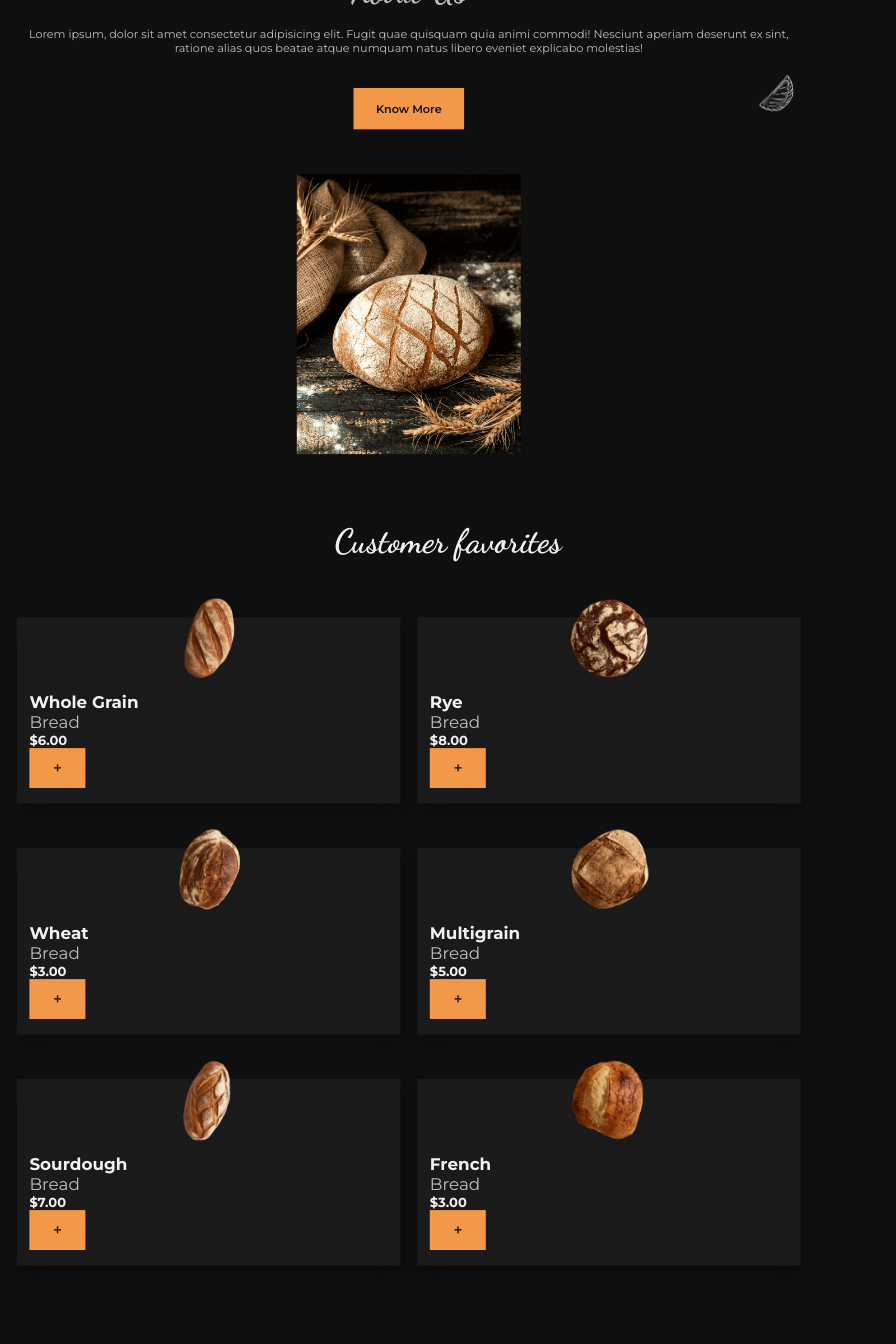
Repository: dinhhaidh/Bakery-web
Page: index.html
The author's editor kept a copy of each file at every save. The page is drawn from the files as they stood at one save, then again after the next save.
The browser window is 1280 px wide. The pictures show the part of the page from y = 1954 to 3874 px (the page is 3874 px tall), at 70% of full size.
Some web libraries are served in a nearby version.

Above is the page before, as saved 2024-01-16 15:17:59.

### index.html
<!DOCTYPE html>
<html lang="en">
  <head>
    <meta charset="UTF-8" />
    <meta name="viewport" content="width=device-width, initial-scale=1.0" />

    <!--=============== FAVICON ===============-->
    <link rel="shortcut icon" href="assets/img/favicon.png" type="image/x-icon"/>
    <!--=============== REMIXICONS ===============-->
    <link rel="stylesheet"  href="https://cdnjs.cloudflare.com/ajax/libs/remixicon/3.7.0/remixicon.css"/>
    <!--=============== CSS ===============-->
    <link rel="stylesheet" href="./css/style.css"/>

    <title>Responsive bakery website - Bedimcode</title>
  </head>
  <body>
    <!--==================== HEADER ====================-->
    <header class="header" id="header">
        <nav class="nav container">
            <a href="#" class="nav__logo">Bakery</a>
            <div class="nav__menu" id="nav-menu">
                <ul class="nav__list">
                    <li class="nav__item">
                        <a href="#home" class="nav__link">Home</a>
                    </li>
                    <li class="nav__item">
                        <a href="#new" class="nav__link">News</a>
                    </li>
                    <li class="nav__item">
                        <a href="#about" class="nav__link">About Us</a>
                    </li>
                    <li class="nav__item">
                        <a href="#favorite" class="nav__link">Favorites</a>
                    </li>
                    <li class="nav__item">
                        <a href="#visit" class="nav__link">Location</a>
                    </li>
                </ul>
                <div class="nav__close" id="nav-close">
                    <i class="ri-close-line"></i>
                </div>

                <img src="./img/bread-4.png" alt="image" class="nav__img-1">
                <img src="./img/bread-1.png" alt="image" class="nav__img-2">
            </div>

            <!-- toggle button -->
            <div class="nav__toggle" id="nav-toggle">
                <i class="ri-menu-line"></i>
            </div>
        </nav>
    </header>

    <!--==================== MAIN ====================-->
    <main class="main">
      <!--==================== HOME ====================-->
      <section class="home section" id="home">
        <img src="./img/home-bg.jpg" alt="image" class="home__bg">
        <div class="home__shadow"></div>
        <div class="home__container container grid">
            <div class="home__data">
                <h1 class="home__title">
                    Select The Best.<br> Quality Breads
                </h1>
                <a href="#" class="button">Select breads</a>

                <img src="./img/bread-1.png" alt="image" class="home__bread">
            </div>
            <div class="home__image">
                <img src="./img/home-bread.png" alt="image" class="home__img">
            </div>
            <footer class="home__footer">
                <div class="home__location">
                    <i class="ri-map-pin-line"></i>
                    <span>Av. The Sun #321 <br> Lima Peru</span>
                </div>
                <div class="home__social">
                    <a href="https://www.facebook.com/" target="_blank">

                        <i class="ri-facebook-circle-line"></i>
                    </a>
                    <a href="https://www.instagram.com/
                    " target="_blank">
                        <i class="ri-instagram-line"></i>
                    </a>
                    <a href="https://www.youtube.com/" target="_blank">
                        <i class="ri-youtube-line"></i>
                    </a>
                </div>
            </footer>
        </div>
      </section>

      <!--==================== NEWS ====================-->
      <section class="new section" id="new">
        <h2 class="section__title">New breads</h2>

        <div class="new__container container grid">
            <div class="new__content grid">
                <article class="new__card">
                    <div class="new__data">
                        <h2 class="new__title">Rye Bread</h2>
                        <p class="new__description">
                            Baked width healthy, gluten-free
                            sourdough for good nutrition.
                        </p>
                    </div>
                    <img src="./img/new-bread-1.png" alt="image" class="new__img">
                </article>
                <article class="new__card">
                    <div class="new__data">
                        <h2 class="new__title">Whole grain bread</h2>
                        <p class="new__description">
                            Crispy and homemade prepared
                            form organic yeast-free flour
                        </p>
                    </div>
                    <img src="./img/new-bread-2.png"  alt="image" class="new__img">
                </article>
                <article class="new__card">
                    <div class="new__data">
                        <h2 class="new__title">Multigrain Bread</h2>
                        <p class="new__description">
                            Tasty and made with different
                            natural grains form the countryside
                        </p>
                    </div>
                    <img src="./img/new-bread-3.png"  alt="image" class="new__img">
                </article>
            </div>
            <a href="#" class="new__button button">See More Breads</a>
        </div>
      </section>

      <!--==================== ABOUT ====================-->
      <section class="about section" id="about">
        <div class="about__container container grid">
            <div class="about__data">
                <div class="section__title">About Us</div>

                <p class="about__description">
                    Lorem ipsum, dolor sit amet consectetur adipisicing elit. Fugit quae quisquam quia animi commodi! Nesciunt aperiam deserunt ex sint, ratione alias quos beatae atque numquam natus libero eveniet explicabo molestias!
                </p>
                <a href="#" class="button">Know More</a>
                <img src="./img/bread-2.png" alt="image" class="about__bread">
            </div>
            <img src="./img/about-bread.png" alt="" class="about__img">
        </div>
      </section>

      <!--==================== FAVORITES ====================-->
      <section class="favorite section" id="favorite">
        <h2 class="section__title">Customer favorites</h2>
        <div class="favorite__container container grid">
            <article class="article__card">
                <img src="./img/favorite-bread-1.png" alt="image" class="favorite__img">
                <div class="favorite__data">
                    <h2 class="favorite__title">Whole Grain</h2>
                    <span class="favorite__subtitle">Bread</span>
                    <h3 class="favorite__price">$6.00</h3>
                </div>
                <button class="favorite__button button">
                    <i class="ri-add-line"></i>
                </button>
            </article>
            <article class="article__card">
                <img src="./img/favorite-bread-2.png" alt="image" class="favorite__img">
                <div class="favorite__data">
                    <h2 class="favorite__title">Rye</h2>
                    <span class="favorite__subtitle">Bread</span>
                    <h3 class="favorite__price">$8.00</h3>
                </div>
                <button class="favorite__button button">
                    <i class="ri-add-line"></i>
                </button>
            </article>
            <article class="article__card">
                <img src="./img/favorite-bread-3.png" alt="image" class="favorite__img">
                <div class="favorite__data">
                    <h2 class="favorite__title">Wheat</h2>
                    <span class="favorite__subtitle">Bread</span>
                    <h3 class="favorite__price">$3.00</h3>
                </div>
                <button class="favorite__button button">
                    <i class="ri-add-line"></i>
                </button>
            </article>
            <article class="article__card">
                <img src="./img/favorite-bread-4.png" alt="image" class="favorite__img">
                <div class="favorite__data">
                    <h2 class="favorite__title">Multigrain</h2>
                    <span class="favorite__subtitle">Bread</span>
                    <h3 class="favorite__price">$5.00</h3>
                </div>
                <button class="favorite__button button">
                    <i class="ri-add-line"></i>
                </button>
            </article>
            <article class="article__card">
                <img src="./img/favorite-bread-5.png" alt="image" class="favorite__img">
                <div class="favorite__data">
                    <h2 class="favorite__title">Sourdough</h2>
                    <span class="favorite__subtitle">Bread</span>
                    <h3 class="favorite__price">$7.00</h3>
                </div>
                <button class="favorite__button button">
                    <i class="ri-add-line"></i>
                </button>
            </article>
            <article class="article__card">
                <img src="./img/favorite-bread-6.png" alt="image" class="favorite__img">
                <div class="favorite__data">
                    <h2 class="favorite__title">French</h2>
                    <span class="favorite__subtitle">Bread</span>
                    <h3 class="favorite__price">$3.00</h3>
                </div>
                <button class="favorite__button button">
                    <i class="ri-add-line"></i>
                </button>
            </article>
        </div>
      </section>

      <!--==================== VISIT ====================-->
      <section class="visit section" id="visit"></section>
    </main>

    <!--==================== FOOTER ====================-->
    <footer class="footer"></footer>

    <!--========== SCROLL UP ==========-->

    <!--=============== SCROLLREVEAL ===============-->
    <script src="./js/scrollreveal.min.js"></script>
    <script src="https://code.jquery.com/jquery-3.7.1.min.js"></script>

    <!--=============== MAIN JS ===============-->
    <script src="./js/main.js"></script>
  </body>
</html>

### css/style.css
/*=============== GOOGLE FONTS ===============*/
@import url("https://fonts.googleapis.com/css2?family=Dancing+Script:wght@700&family=Montserrat:wght@400;600;700&display=swap");

/*=============== VARIABLES CSS ===============*/
:root {
    --header-height: 3.5rem;

    /*========== Colors ==========*/
    /*Color mode HSL(hue, saturation, lightness)*/
    --first-color: hsl(28, 88%, 62%);
    --first-color-alt: hsl(28, 84%, 58%);
    --title-color: hsl(0, 0%, 95%);
    --text-color: hsl(0, 0%, 75%);
    --text-color-light: hsl(0, 0%, 65%);
    --black-color: hsl(0, 0%, 6%);
    --body-color: hsl(0, 0%, 6%);
    --container-color: hsl(0, 0%, 10%);

    /*========== Font and typography ==========*/
    /*.5rem = 8px | 1rem = 16px ...*/
    --body-font: "Montserrat", sans-serif;
    --second-font: "Dancing Script", cursive;
    --biggest-font-size: 3rem;
    --bigger-font-size: 2rem;
    --h1-font-size: 1.5rem;
    --h2-font-size: 1.25rem;
    --h3-font-size: 1rem;
    --normal-font-size: .938rem;
    --small-font-size: .813rem;

    /*========== Font weight ==========*/
    --font-regular: 400;
    --font-semi-bold: 600;
    --font-bold: 700;

    /*========== z index ==========*/
    --z-tooltip: 10;
    --z-fixed: 100;
}

/*========== Responsive typography ==========*/
@media screen and (min-width: 1150px) {
    :root {
        --biggest-font-size: 5rem;
        --bigger-font-size: 3rem;
        --h1-font-size: 2.25rem;
        --h2-font-size: 1.5rem;
        --h3-font-size: 1.25rem;
        --normal-font-size: 1rem;
        --small-font-size: .875rem;
    }
}

/*=============== BASE ===============*/
* {
    box-sizing: border-box;
    padding: 0;
    margin: 0;
}

html {
    scroll-behavior: smooth;
}

body,
button {
    font-family: var(--body-font);
    font-size: var(--normal-font-size);
}

body {
    background-color: var(--body-color);
    color: var(--text-color);
}

button {
    border: none;
    outline: none;
}

h1,
h2,
h3,
h4 {
    color: var(--title-color);
    font-weight: var(--font-bold);
}

ul {
    list-style: none;
}

a {
    text-decoration: none;
}

img {
    display: block;
    max-width: 100%;
    height: auto;
}

/*=============== REUSABLE CSS CLASSES ===============*/
.container {
    max-width: 1120px;
    margin-inline: 1.5rem;
}

.grid {
    display: grid;
    gap: 1.5rem;
}

.section {
    padding-block: 5rem 1rem;
}

.section__title {
    font-size: var(--bigger-font-size);
    font-family: var(--second-font);
    margin-bottom: 1.5rem;
    text-align: center;
}

.main {
    overflow: hidden;
    /* For animation ScrollReveal */
}

/*=============== HEADER & NAV ===============*/
.header{
    position: fixed;
    width: 100%;
    top: 0;
    left: 0;
    background-color: transparent;
    z-index: var(--z-fixed);
}
.nav{
    position: relative;
    height: var(--header-height);
    display: flex;
    justify-content: space-between;
    align-items: center;
}
.nav__logo{
    color: var(--first-color);
    font-size: var(--h2-font-size);
    font-family: var(--second-font);
    transition: color .4s;
}
.nav__logo:hover{
    color: var(--first-color-alt);
}
.nav__close,
.nav__toggle{
    font-size: 1.5rem;
    color: var(--title-color);
    cursor: pointer;
}

/* Navigation for mobile devices */
/* responsive */
@media screen and (max-width: 1150px) {
    .nav__menu{
        position: fixed;
        top: 0;
        right: -100%;
        background-color: hsla(0,0%,6%, .2);
        backdrop-filter: blur(16px);
        -webkit-backdrop-filter: blur(16px);
        width: 80%;
        height: 100%;
        padding: 6rem 3rem 0;
        transition: right .4s;
    }
    .nav__list{
        display: flex;
        flex-direction: column;
        row-gap: 2.5rem;
    }
    .nav__link{
        color: var(--title-color);
        font-weight: var(--font-semi-bold);
        transition: color .4s;
    }
    .nav__link:hover{
        color: var(--first-color);
    }
    .nav__close,
    .nav__img-1,
    .nav__img-2{
        position: absolute;
    }
    .nav__close{
        top: 1rem;
        right: 1.5rem;
    }
    .nav__img-1{
        width: 80px;
        top: 11rem;
        right: 0.75rem;
    }
    .nav__img-2{
        width: 60px;
        top: 28rem;
        left: 6rem;
    }
}

/* Show menu */
.show-menu{
    right: 0;
}

/* Add blur header */
/* Thêm tiêu đề mờ, khi kéo xuống hiển thị thanh nngang fixed */
.blur-header::after{
    content: '';
    position: absolute;
    width: 100%;
    height: 100%;
    background-color: hsla(0, 0%, 6%, .2);
    backdrop-filter: blur(16px);
    -webkit-backdrop-filter: blur(16px);
    top: 0;
    left: 0;
    z-index: -1;
}

/* Active link */


/*=============== HOME ===============*/
.home{
    position: relative;
    padding-top: 6.5rem;
}
.home__container{
    row-gap: 2rem;
}
.home__bg,
.home__shadow{
    position: absolute;
    top: 0;
    left: 0;
    width: 100%;
    height: 100%;
    z-index: -1;
}
.home__bg{
    object-fit: cover;
    object-position: center;
}
.home__shadow{
    background: linear-gradient(180deg, hsla(0, 0%, 0%, 0) 0%, hsl(0, 0%, 6%) 100%);

}
.home__data{
    position: relative;
    text-align: center;
}
.home__title{
    font-size: var(--biggest-font-size);
    font-family: var(--second-font);
    margin-bottom: 1.5rem;
}
.home__bread{
    width: 50px;
    position: absolute;
    top: 15rem;
    left: 4rem;
}
.home__image{
    max-width: 400px;
    justify-self: center;
}
.home__img{
    rotate: 15deg;
}
.home__footer,
.home__location,
.home__social{
    display: flex;
}
.home__footer{
    justify-content: space-between;
    align-items: center;
}
.home__location{
    align-items: center;
    column-gap: .5rem;
}
.home__location i{
    font-size: 1.5rem;
    color: var(--first-color);
}
.home__location span{
    color: var(--title-color);
    font-size: var(--small-font-size);
}
.home__social{
    column-gap: 1rem;
}
.home__social a{
    color: var(--title-color);
    font-size: 1.5rem;
    transition: color 4s;
}
.home__social a:hover{
    color: var(--first-color);
}

/*=============== BUTTON ===============*/
.button{
    display: inline-flex;
    background-color: var(--first-color);
    color: var(--black-color);
    font-weight: var(--font-semi-bold);
    padding: 1.25rem 2rem;
    transition: background-color .4s;
}
.button:hover{
    background-color: var(--first-color-alt);
}

/*=============== NEW ===============*/
.new{

}
.new__container{
    padding-top: 1.5rem;
    row-gap: 3.5rem;
}
.new__content{
    row-gap: 2rem
}
.new__card{
    display: flex;
    column-gap: 1rem;
    align-items: center;
}
.new__card:nth-child(2) img{
    order: -1;
}
.new__img{
    width: 150px;
}
.new__data{

}
.new__title{
    font-size: var(--h2-font-size);
    font-family: var(--second-font);
    color: var(--first-color);
    margin-bottom: .5rem;
}
.new__description{
    font-size: var(--small-font-size);
}
.new__button{
    justify-self: center;
}

/*=============== ABOUT ===============*/
.about__container{
    row-gap: 4rem;
}
.about__data{
    position: relative;
    text-align: center;
}
.about__description{
    margin-bottom: 3rem;
}
.about__bread{
    width: 60px;
    position: absolute;
    bottom: 1rem;
    right: 0;
}
.about__img{
    width: 320px;
    justify-self: center;
}

/*=============== FAVORITES ===============*/
.favorite__container{
    padding-top: 3.5rem;
    grid-template-columns: repeat(2, 1fr);
    gap: 4rem 1.5rem;
}
.article__card{
position: relative;
background-color: var(--container-color);
box-shadow: 0 12px 24px hsla(0, 0%, 0%, .3 );
padding: 6.5rem 1rem 1.25rem;
border: 2px solid transparent;
transition: border-color .4s;
}
.favorite__img{
    width: 120px;
    position: absolute;
    top: -2rem;
    left: 0;
    right: 0;
    margin: 0 auto;
}
.favorite__data{

}
.favorite__title{

}
.favorite__subtitle{
    font-size: var(--h2-font-size);
    font-family: ;
}
.favorite__price{

}
.favorite__button{

}
.button{

}
.ri-add-line{

}

/*=============== VISIT ===============*/


/*=============== FOOTER ===============*/


/*=============== SCROLL BAR ===============*/


/*=============== SCROLL UP ===============*/


/* Show Scroll Up */


/*=============== BREAKPOINTS ===============*/
/* For small devices */


/* For medium devices */


/* For large devices */

Loaded but not shown: js/scrollreveal.min.js (library); js/main.js (no copy from this time; the picture is the same without it)

After the next save:
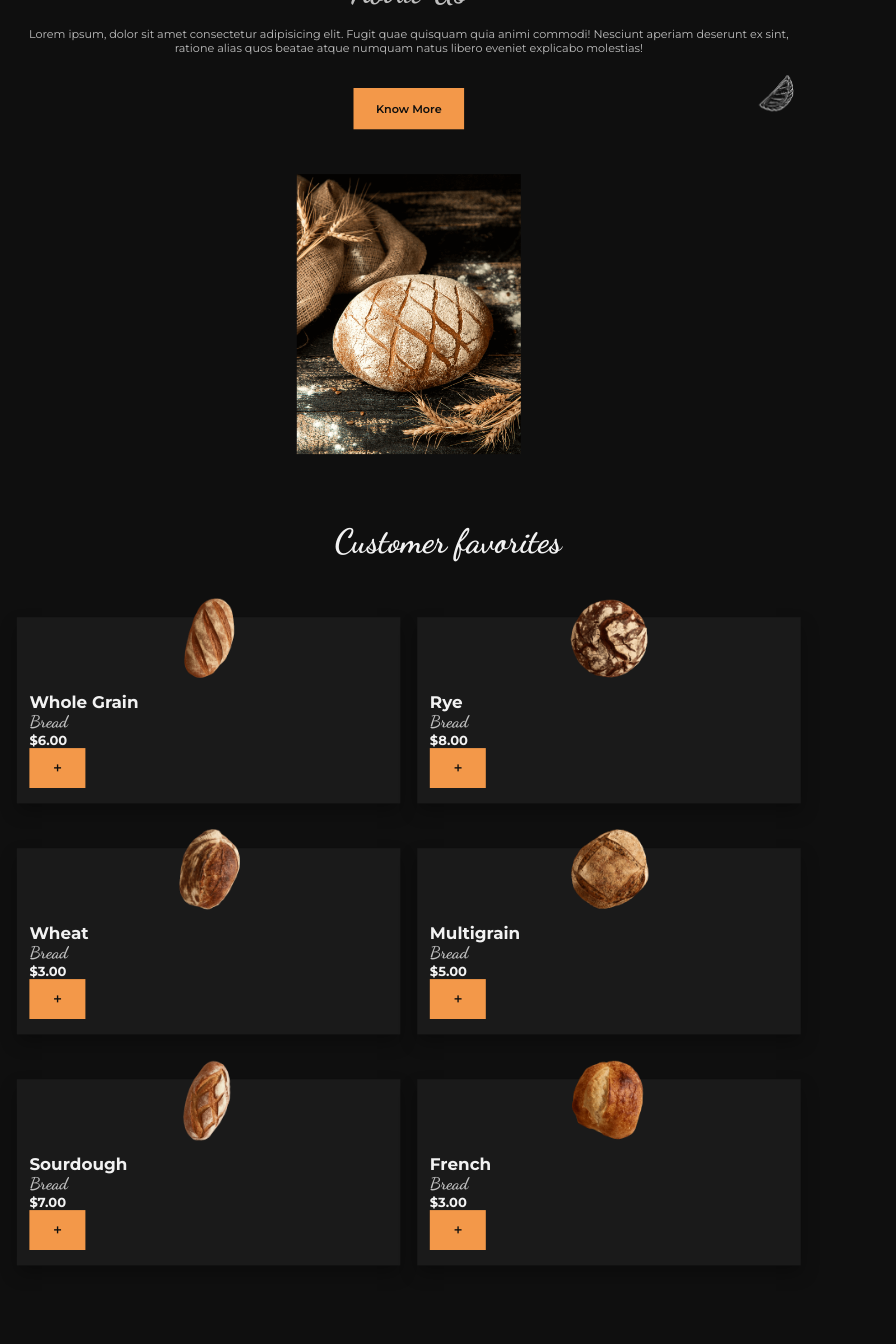
Saved 7 s later.
--- a/css/style.css
+++ b/css/style.css
@@ -414,7 +414,7 @@
 }
 .favorite__subtitle{
     font-size: var(--h2-font-size);
-    font-family: ;
+    font-family: var(--second-font);
 }
 .favorite__price{
 
